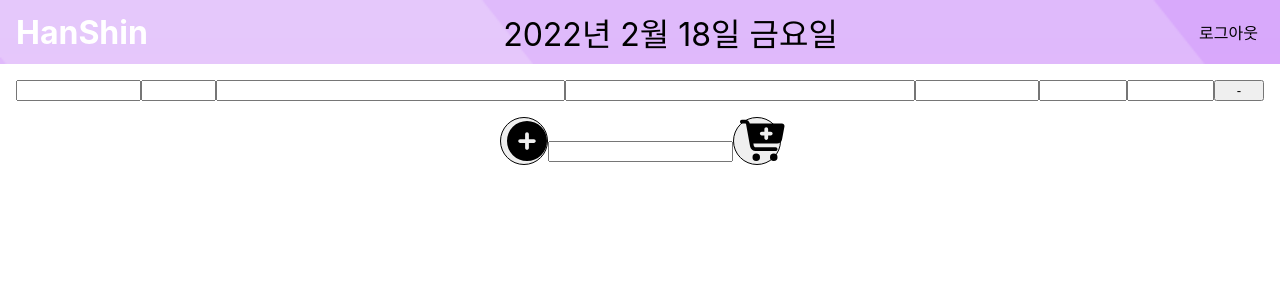
Repository: SeungYn/hanshinClient
Page: /add
These files come from the project's save history. The page is drawn as it stood at one moment and after the next save; the edit follows.
The browser window is 1280 px wide. The pictures show the whole page.
The project was rebuilt for these pictures with package versions that can differ from the ones it lists, and the page was loaded fresh each time. Also part of the build but not shown: src/App.css, src/components/item/item.jsx, src/components/package/package.module.css, src/components/package/package.jsx.

Above is the page before, as saved 2022-02-20 02:47:57.

### public/index.html
<!DOCTYPE html>
<html lang="en">
  <head>
    <meta charset="utf-8" />
    <link rel="icon" href="%PUBLIC_URL%/favicon.ico" />
    <meta name="viewport" content="width=device-width, initial-scale=1" />
    <meta name="theme-color" content="#000000" />
    <meta
      name="description"
      content="Web site created using create-react-app"
    />
  </head>
  <body>
    <div id="root"></div>
  </body>
</html>

### src/index.js
import React from 'react';
import ReactDOM from 'react-dom';
import './index.css';
import App from './App';
import { BrowserRouter } from 'react-router-dom';
ReactDOM.render(
  <React.StrictMode>
    <BrowserRouter>
      <App />
    </BrowserRouter>
  </React.StrictMode>,
  document.getElementById('root')
);

### src/index.css
html {
  height: 100%;
}
body {
  margin: 0;
  font-family: -apple-system, BlinkMacSystemFont, 'Segoe UI', 'Roboto', 'Oxygen',
    'Ubuntu', 'Cantarell', 'Fira Sans', 'Droid Sans', 'Helvetica Neue',
    sans-serif;
  -webkit-font-smoothing: antialiased;
  -moz-osx-font-smoothing: grayscale;
  height: 100%;
}
h1 {
  margin: 0;
}
code {
  font-family: source-code-pro, Menlo, Monaco, Consolas, 'Courier New',
    monospace;
}

* {
  box-sizing: border-box;
}
p,
h2 {
  margin: 0;
  padding: 0;
}

ul {
  list-style: none;
  margin: 0;
  padding: 0;
}

### src/App.jsx
import './App.css';
import Header from './components/header/header';
import Package from './components/package/package';
import { Route, Routes } from 'react-router-dom';
import AddBoxs from './addboxs/addBoxs';
function App() {
  return (
    <div className='app'>
      <Header />
      <Routes>
        <Route exact path='/' element={<Package />} />
        <Route exact path='/add' element={<AddBoxs />} />
      </Routes>
    </div>
  );
}

export default App;

### src/components/header/header.jsx
import React, { useEffect, useState } from 'react';
import styles from './header.module.css';

const Header = (props) => {
  const [date, setDate] = useState(new Date());
  const [month, setMonth] = useState('');
  const [year, setYear] = useState('');
  const [day, setDay] = useState('');
  const [dates, setDates] = useState('');

  useEffect(() => {
    setMonth(date.getMonth() + 1);
    switch (date.getDay()) {
      case 0:
        setDay('일');
        break;
      case 1:
        setDay('월');
        break;
      case 2:
        setDay('화');
        break;
      case 3:
        setDay('수');
        break;
      case 4:
        setDay('목');
        break;
      case 5:
        setDay('금');
        break;
      case 6:
        setDay('토');
        break;
    }
    setYear(date.getFullYear());
    setDates(date.getDate());
  }, [date, month, year, dates, day]);

  return (
    <header className={styles.header}>
      <h1 className={styles.title}>HanShin</h1>
      <p
        className={styles.day}
      >{`${year}년 ${month}월 ${dates}일 ${day}요일`}</p>
      <nav className={styles.menu}>
        <button className={styles.menu__item}>로그아웃</button>
      </nav>
    </header>
  );
};

export default Header;

### src/addboxs/addBoxs.jsx
import React, { useRef, useState } from 'react';
import styles from './addBoxs.module.css';
import { FontAwesomeIcon } from '@fortawesome/react-fontawesome';
import { faCirclePlus, faCartPlus } from '@fortawesome/free-solid-svg-icons';

const AddBoxs = (props) => {
  const [boxList, setBoxList] = useState([
    {
      date: '',
      kind: '',
      sender: '',
      receiver: '',
      receivedDate: '',
      position: '',
      name: '',
    },
  ]);

  const countRef = useRef();

  const onSubmit = (e) => {
    e.console.log(1);
  };

  const onChange = (event, index) => {
    const boxs = [...boxList];
    const name = event.currentTarget.name;
    const value = event.currentTarget.value;

    boxs[index][name] = value;
    setBoxList(boxs);

    // switch (name) {
    //   case 'date':
    //     boxs[index][name] = value;
    //     return setBoxList(boxs);
    //   case 'kind':
    //     boxs[index][name] = value;
    //     return setBoxList(boxs);
    //   case 'sender':
    //     boxs[index][name] = value;
    //     return setBoxList(boxs);
    //   case 'receiver':
    //     boxs[index][name] = value;
    //     return setBoxList(boxs);
    //   case 'receivedDate':
    //     boxs[index][name] = value;
    //     return setBoxList(boxs);
    //   case 'position':
    //     boxs[index][name] = value;
    //     return setBoxList(boxs);
    //   case 'name':
    //     boxs[index][name] = value;
    //     return setBoxList(boxs);
    // }
  };

  const onAdd = () => {
    setBoxList([
      ...boxList,
      {
        date: '',
        kind: '',
        sender: '',
        receiver: '',
        receivedDate: '',
        position: '',
        name: '',
      },
    ]);
  };

  const onMultiAdd = () => {
    const count = countRef.current.value;
    const boxs = [...boxList];
    for (let i = 0; i < count; i++) {
      boxs.push({
        date: '',
        kind: '',
        sender: '',
        receiver: '',
        receivedDate: '',
        position: '',
        name: '',
      });
    }
    setBoxList(boxs);
  };

  const onRemove = (event, index) => {
    const boxs = [...boxList];
    boxs.splice(index, 1);
    setBoxList(boxs);
  };

  return (
    <section className={styles.addContainer}>
      <form onSubmit={onSubmit} className={styles.addForm}>
        {boxList.map((box, index) => {
          return (
            <div className={styles.items} key={index}>
              <input
                type='text'
                name='date'
                onChange={(event) => onChange(event, index)}
                value={box.date}
              />
              <input
                type='text'
                name='kind'
                onChange={(event) => onChange(event, index)}
                value={box.kind}
              />
              <input
                type='text'
                name='sender'
                onChange={(event) => onChange(event, index)}
                value={box.sender}
              />
              <input
                type='text'
                name='receiver'
                onChange={(event) => onChange(event, index)}
                value={box.receiver}
              />
              <input
                type='text'
                name='receivedDate'
                onChange={(event) => onChange(event, index)}
                value={box.receivedDate}
              />
              <input
                type='text'
                name='position'
                onChange={(event) => onChange(event, index)}
                value={box.position}
              />
              <input
                type='text'
                name='name'
                onChange={(event) => onChange(event, index)}
                value={box.name}
              />
              <button type='button' onClick={(event) => onRemove(event, index)}>
                -
              </button>
            </div>
          );
        })}
      </form>
      <div className={styles.bottomBtn}>
        <button className={styles.addBtn} onClick={onAdd}>
          <FontAwesomeIcon icon={faCirclePlus} size='3x' />
        </button>
        <input type='text' name='count' ref={countRef} />
        <button className={styles.addBtn} onClick={onMultiAdd}>
          <FontAwesomeIcon icon={faCartPlus} size='3x' />
        </button>
      </div>
    </section>
  );
};

export default AddBoxs;

### src/components/header/header.module.css
header {
  background: no-repeat url('./backimg.png');
  background-size: cover;
  height: 4rem;
  display: flex;
  justify-content: space-between;
  align-items: center;
  padding: 0.1rem 1rem;
}

.title {
  color: white;
}
.day {
  font-size: 2rem;
}
.menu__item {
  border: 0;
  background: none;
  font-size: 1rem;
}

### src/addboxs/addBoxs.module.css
.addContainer {
  width: 100%;
  display: flex;
  flex-direction: column;
  align-items: center;
}

.addForm {
  width: 100%;
  padding: 1rem;
}

.items {
  display: grid;
  grid-template-columns: 10% 6% 28% 28% 10% 7% 7% 4%;
  align-items: center;
}

.addBtn {
  width: 3rem;
  height: 3rem;
  border: 1px solid black;
  border-radius: 50%;
}

.test {
  width: 112px;
}

### src/components/item/item.module.css
.items {
  display: grid;
  grid-template-columns: 10% 6% 30% 30% 10% 7% 7%;
  align-items: center;
  border: 1px solid black;
}

.items:hover {
  background-color: #fef6ff;
}

p {
  /* 크기를 넘기면 자동으로 줄바꿈 */
  text-align: center;
  overflow-wrap: break-word;
}

After the next save:
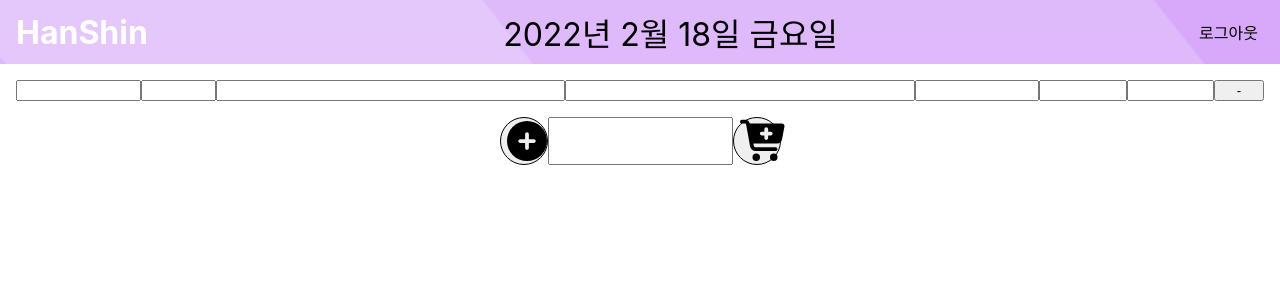
Saved 20 s later.
--- a/src/addboxs/addBoxs.module.css
+++ b/src/addboxs/addBoxs.module.css
@@ -16,6 +16,10 @@
   align-items: center;
 }
 
+.bottomBtn {
+  display: flex;
+}
+
 .addBtn {
   width: 3rem;
   height: 3rem;
